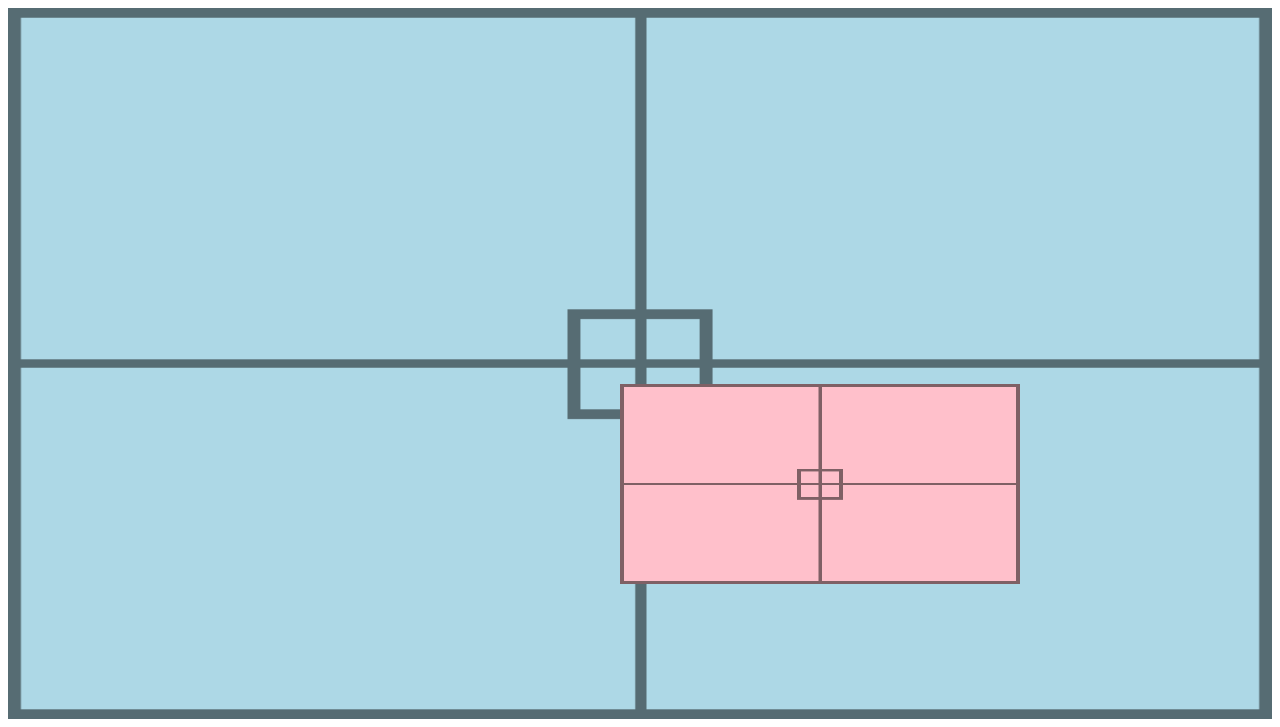
Repository: Codigo404q/html-css
Page: exercicios/ex022/fundo007.html
These files come from the project's save history. The page is drawn as it stood at one moment and after the next save; the edit follows.
The browser window is 1280 px wide. The pictures show the whole page.

Above is the page before, as saved 2024-01-06 21:48:07.

After the next save:
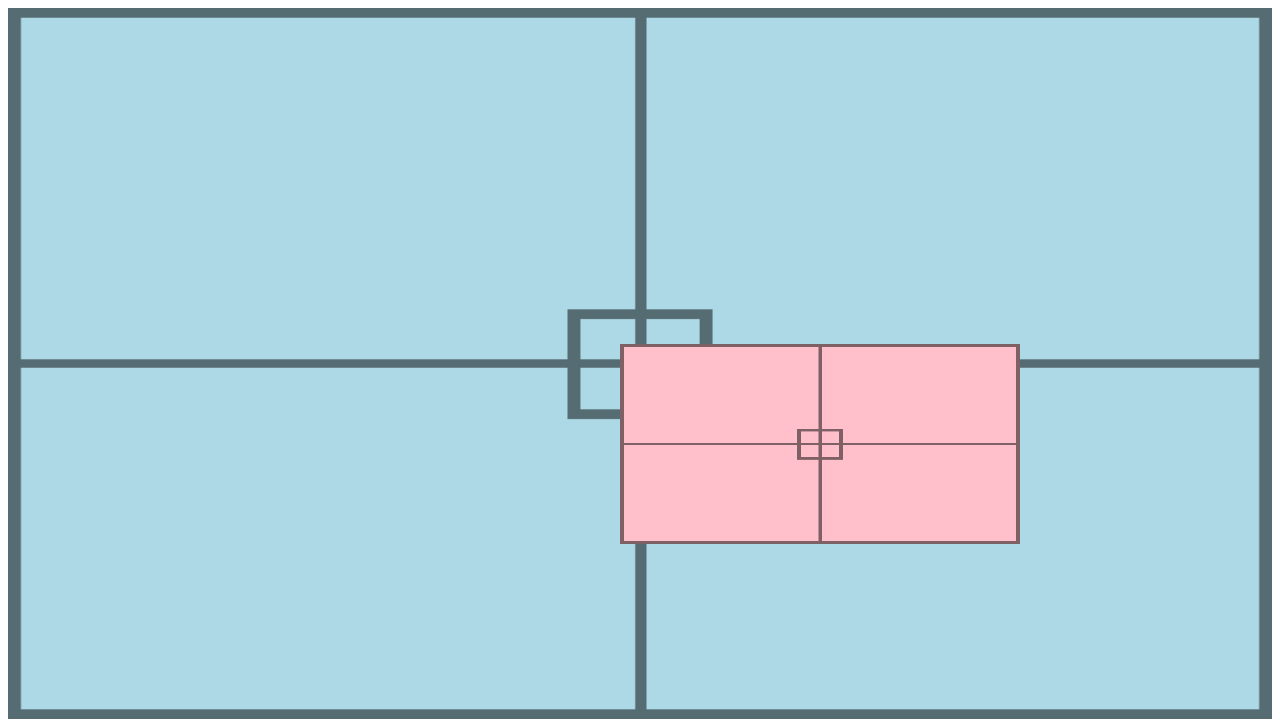
Saved 6 s later.
--- a/exercicios/ex022/fundo007.html
+++ b/exercicios/ex022/fundo007.html
@@ -26,7 +26,7 @@
             left: 50%;
             top: 50%;
 
-            transform: translate(-20px, 20px);
+            transform: translate(-20px, -20px);
         }
     </style>
 </head>
